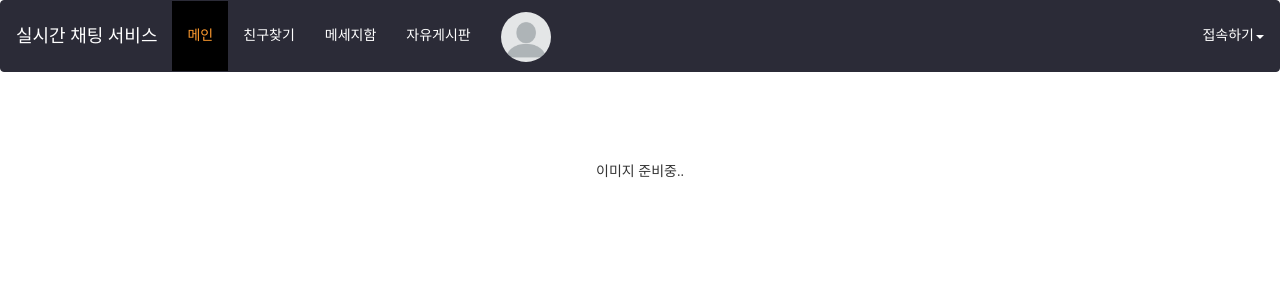
Repository: kkoseunghyun/javaAjaxChat
Page: http://localhost/UserChat/
The author's editor kept a copy of each file at every save. The page is drawn from the files as they stood at one save, then again after the next save.
The browser window is 1280 px wide. The pictures show the whole page.
Some web fonts or font styles are not loaded; a fallback is used. Some web libraries are served in a nearby version. The page is served by Tomcat 9. Queries for data that is not in the repository find no rows.

Above is the page before, as saved 2019-07-13 08:38:17.

After the next save:
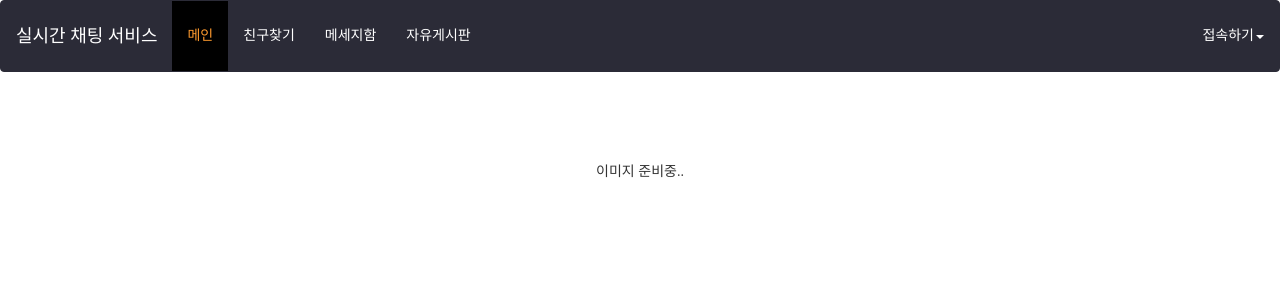
Saved 98 s later.
--- a/JspAjax/UserChat/WebContent/index.jsp
+++ b/JspAjax/UserChat/WebContent/index.jsp
@@ -69,7 +69,6 @@
 				<li><a href="find.jsp">친구찾기</a></li>
 				<li><a href="box.jsp">메세지함<span id="unread" class="label label-info"></span></a></li>
 				<li><a href="boardView.jsp">자유게시판</a></li>
-				<li><a href="userStatus.jsp"><img class=".media-object img-circle" style="media-object: display:none; margin: 0 auto; max-width: 50px; max-height: 50px;" src="<%= userProfile %>"></img></a></li>
 			</ul>
 			<%
 				if(userID == null){ // 로그인이 안된사람들에 한해 보여지는 네비게이션 바
@@ -88,6 +87,9 @@
 			<%
 				} else {
 			%>
+			<ul class="nav navbar-nav navbar-right">
+				<li><a href="userStatus.jsp"><img class=".media-object img-circle" style="media-object: display:none; margin: 0 auto; max-width: 50px; max-height: 50px;" src="<%= userProfile %>"></img></a></li>
+			</ul>
 			<ul class="nav navbar-nav navbar-right">
 				<li class="dropdown">
 					<a href="#" class="dropdown-toggle"
